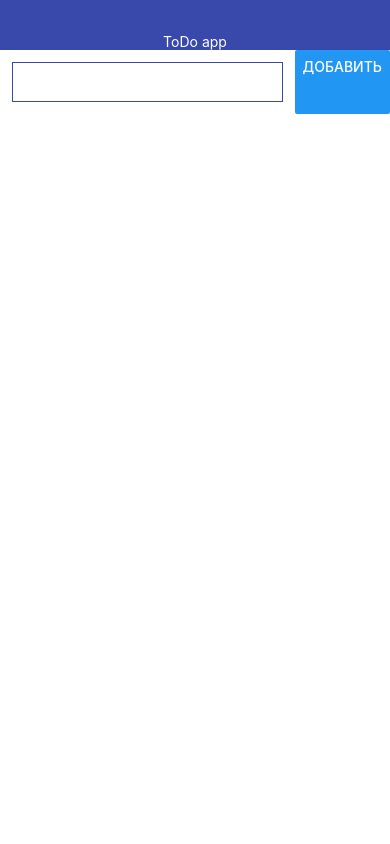
Repository: saint-fons/React-Native-Expo-TypeScript-Hooks
Screen: /
The author's editor kept a copy of each file at every save. The screen is drawn from the files as they stood at one save, then again after the next save.
The app was drawn by React Native's web renderer in a window 390 px wide. The project was rebuilt for these pictures with package versions that can differ from the ones it lists, and the page was loaded fresh each time.

Above is the screen before, as saved 2021-07-26 18:06:19.

### App.tsx
import { StatusBar } from 'expo-status-bar';
import React from 'react';
import { StyleSheet, View } from 'react-native';
import AddTodo from './components/AddTodo';
import NavBar from './components/NavBar';

export default function App() {
  return (
    <View style={styles.container}>
      <NavBar
        title={"ToDo app"}
      />
      <AddTodo
      />
    </View>
  );
}

const styles = StyleSheet.create({
  container: {

  },
});

### components/AddTodo.tsx
import * as React from 'react';
import { FC } from 'react';
import { View, StyleSheet, Alert, TextInput, Button } from 'react-native';

const AddTodo: FC<any> = ({ }) => {
    return (
        <View style={styles.block}>
            <TextInput
                style={styles.input}
            />
            <Button
                title='Добавить'
                onPress={() => Alert.alert('Simple Button pressed')}
            />
        </View>
    )
}

const styles = StyleSheet.create({
    block: {
        flexDirection: 'row',
        justifyContent: 'space-between',
    },
    input: {
        height: 40,
        margin: 12,
        borderStyle: "solid",
        borderWidth: 1,
        width: "70%",
        borderColor: "#3949ab"
    },
});


export default AddTodo

### components/NavBar.tsx
import * as React from 'react';
import { FC } from "react";
import { StyleSheet, Text, View } from 'react-native';



const NavBar: FC<any> = ({ title }) => {
    return (
        <View style={styles.navbar}>
            <Text style={styles.text}>
                {title}
            </Text>
        </View>
    )
}

const styles = StyleSheet.create({
    navbar: {
        height: 50,
        alignItems: 'center',
        justifyContent: "flex-end",
        color: '#000',
        backgroundColor: '#3949ab'
    },
    text: {
        color: 'white'
    }
});


export default NavBar

After the next save:
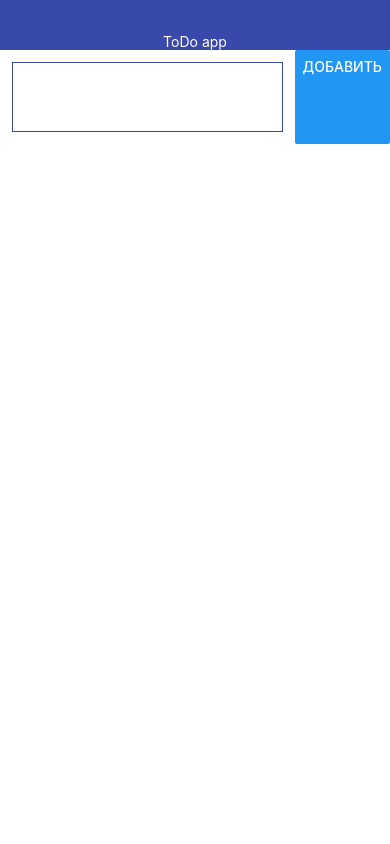
Saved 14 s later.
--- a/components/AddTodo.tsx
+++ b/components/AddTodo.tsx
@@ -22,7 +22,7 @@ const styles = StyleSheet.create({
         justifyContent: 'space-between',
     },
     input: {
-        height: 40,
+        height: 70,
         margin: 12,
         borderStyle: "solid",
         borderWidth: 1,
